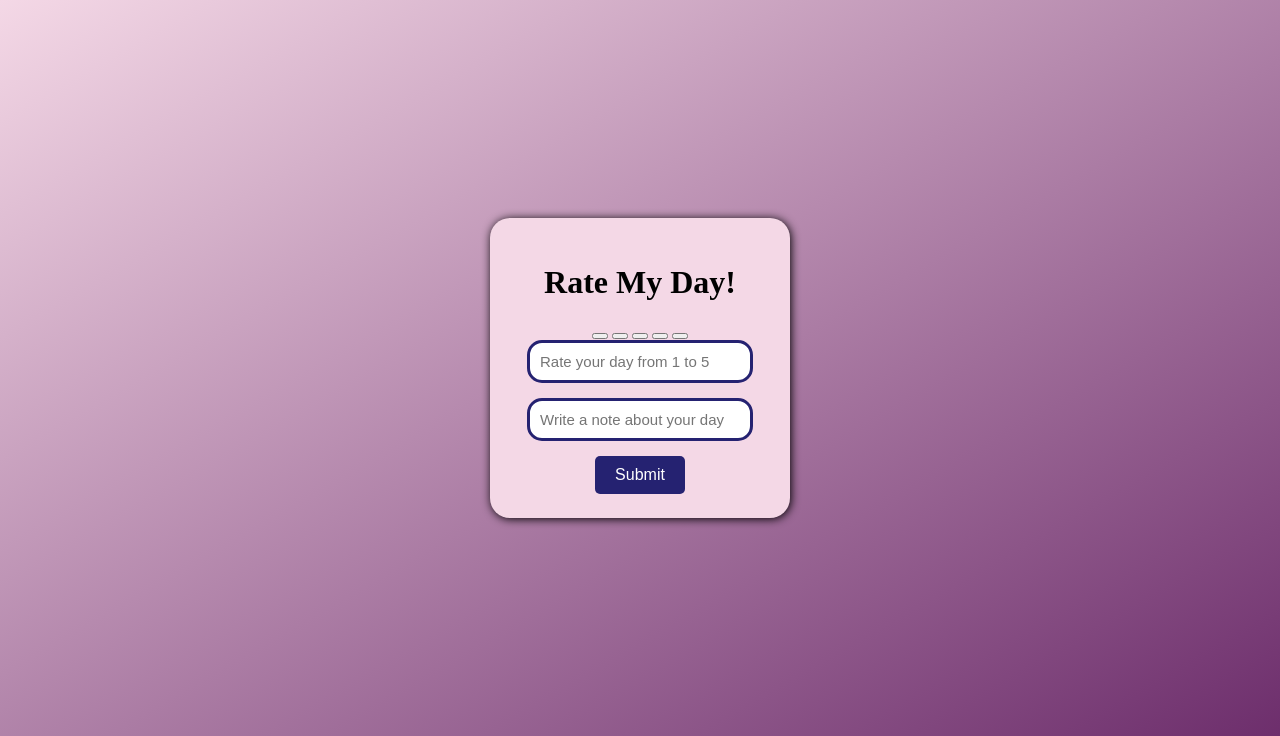
Repository: elenav24/RateMyDay
Page: frontend/index.html
The author's editor kept a copy of each file at every save. The page is drawn from the files as they stood at one save, then again after the next save.
The browser window is 1280 px wide. The pictures show the whole page.

Above is the page before, as saved 2025-05-15 13:05:50.

After the next save:
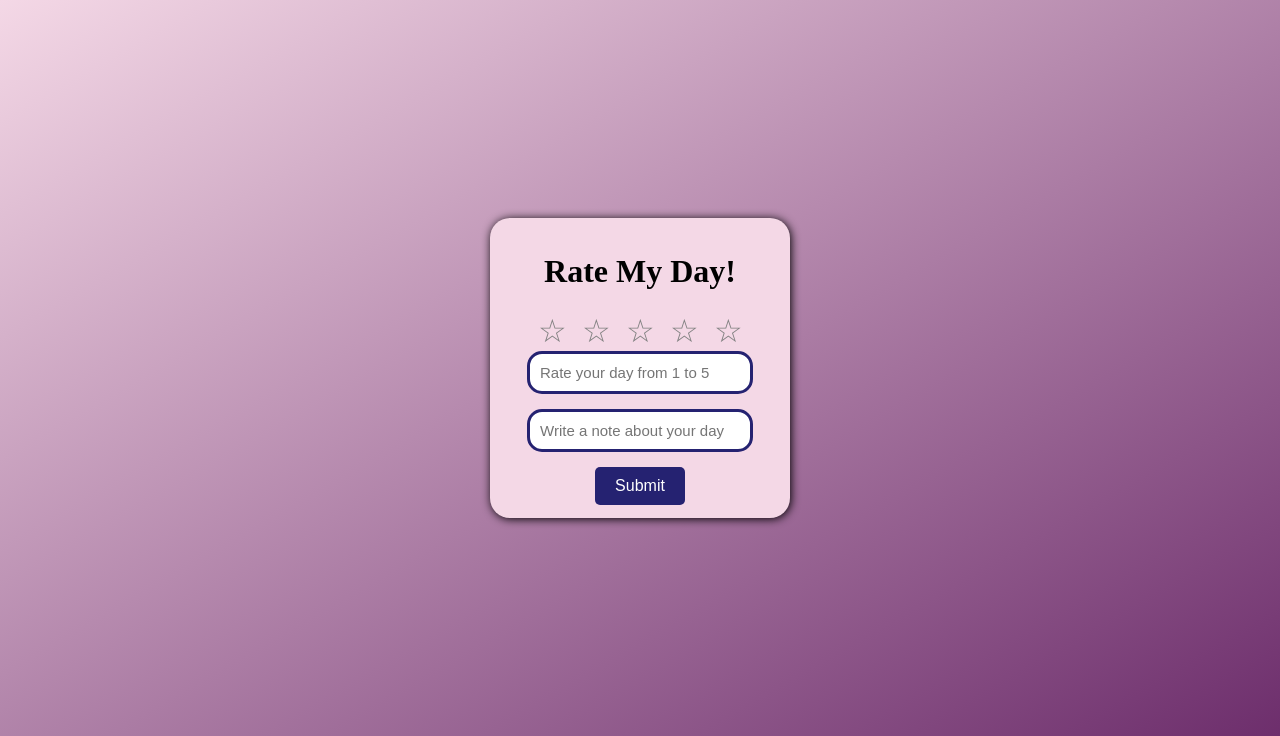
Saved 63 s later.
--- a/frontend/style.css
+++ b/frontend/style.css
@@ -37,3 +37,22 @@ body {
     cursor: pointer;
     font-size: 16px;
 }
+
+.star-btn {
+  width: 40px;
+  height: 40px;
+  background: none;
+  border: none;
+  cursor: pointer;
+  font-size: 32px;
+}
+
+.star-btn::before {
+  content: '☆';
+  color: gray;
+}
+
+.star-btn.filled::before {
+  content: '★';
+  color: gold;
+}
